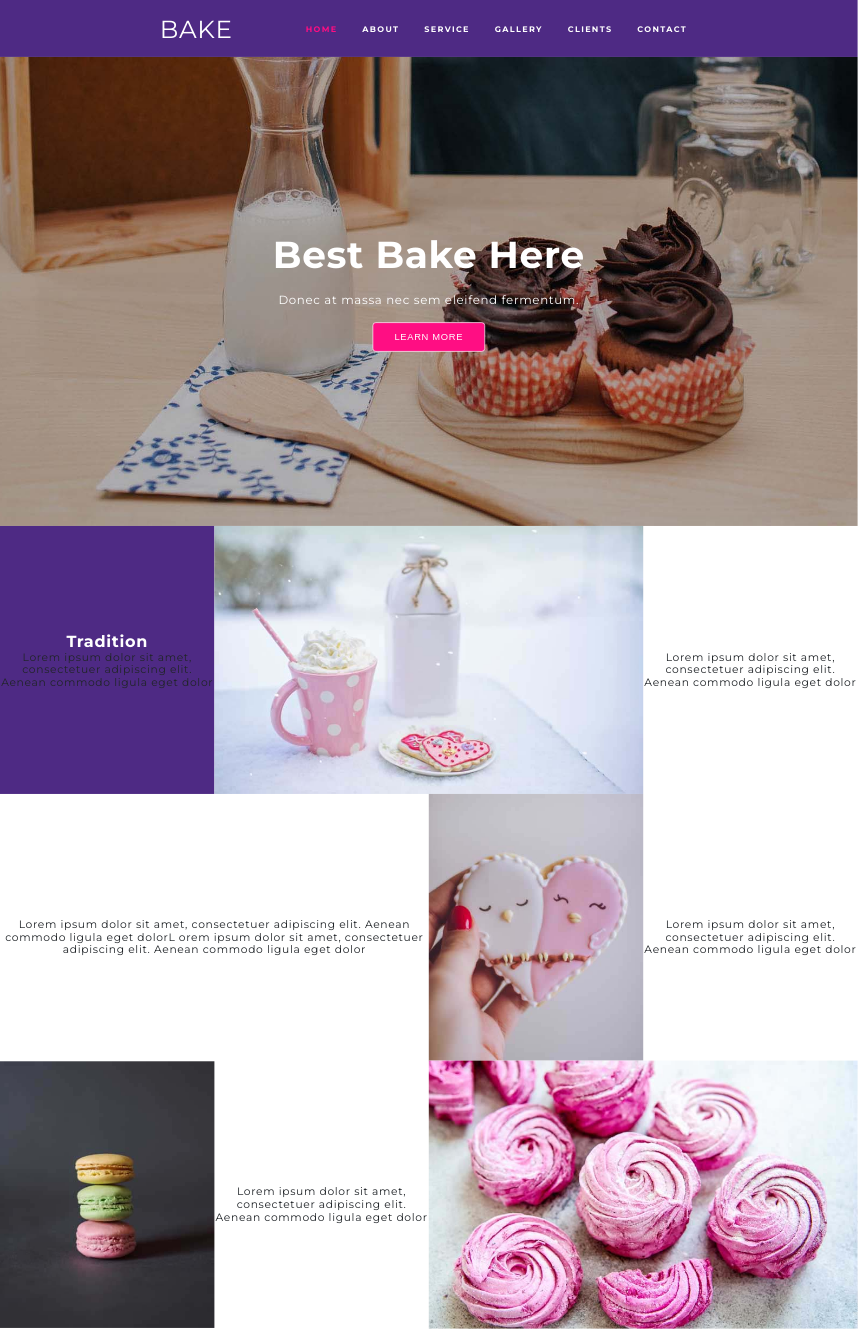
Repository: ducdatit2002/bake-cake
Page: index.html
An editor plug-in stored every save of this project. The page is shown before and after the next save, followed by the edit.
The browser window is 1280 px wide. The pictures show the whole page, at 67% of full size.

Above is the page before, as saved 2023-07-13 12:33:20.

### index.html
<!DOCTYPE html>
<html lang="en">
<head>
    <meta charset="UTF-8">
    <meta name="viewport" content="width=device-width, initial-scale=1.0">
    <title>BAKE</title>
    <!-- FONT ICON -->
    <link rel="stylesheet" href="https://cdnjs.cloudflare.com/ajax/libs/font-awesome/6.4.0/css/all.min.css"
        integrity="sha512-iecdLmaskl7CVkqkXNQ/ZH/XLlvWZOJyj7Yy7tcenmpD1ypASozpmT/E0iPtmFIB46ZmdtAc9eNBvH0H/ZpiBw=="
        crossorigin="anonymous" referrerpolicy="no-referrer" />
    <!-- FONT GOOGLE -->
    <link rel="preconnect" href="https://fonts.googleapis.com">
    <link rel="preconnect" href="https://fonts.gstatic.com" crossorigin>
    <link href="https://fonts.googleapis.com/css2?family=Montserrat:wght@300;400;700&display=swap" rel="stylesheet">
    <!-- MAIN CSS -->
    <link rel="stylesheet" href="./index.css">

</head>
<body>
    <!-- HEADER -->
    <header>
        <div class="header__content">
            <p>BAKE</p>
            <nav>
                <ul>
                    <li class="active"><a href="#">HOME</a></li>
                    <li><a href="#">ABOUT</a></li>
                    <li><a href="#">SERVICE</a></li>
                    <li><a href="#">GALLERY</a></li>
                    <li><a href="#">CLIENTS</a></li>
                    <li><a href="#">CONTACT</a></li>
                </ul>
            </nav>
        </div>
    </header>
    <!-- CAROUSEL -->
    <section class="carousel">
        <div class="carousel__content">
            <h1>Best Bake Here</h1>
            <p>Donec at massa nec sem eleifend fermentum.</p>
            <button>LEARN MORE</button>
        </div>
    </section>
    <!-- INTRO -->
    <section class="intro">
        <div class="intro__item">
            <div>
                <h3>Tradition</h3>
                <p>Lorem ipsum dolor sit amet, consectetuer adipiscing elit. Aenean commodo ligula eget dolor</p>
            </div>
        </div>
        <div class="intro__item intro__ab1">
            <img src="./img/ab1.jpg" alt="intro 1">
        </div>
        <div class="intro__item">
            <div>
                <h3>Creativity</h3>
                <p>Lorem ipsum dolor sit amet, consectetuer adipiscing elit. Aenean commodo ligula eget dolor</p>
            </div>
        </div>
        <div class="intro__item intro__bake">
            <div>
                <h3>What We Bake Best For You</h3>
                <p>Lorem ipsum dolor sit amet, consectetuer adipiscing elit. Aenean commodo ligula eget dolorL orem ipsum dolor sit amet,
                consectetuer adipiscing elit. Aenean commodo ligula eget dolor</p>
            </div>
        </div>
        <div class="intro__item">
            <img src="./img/ab2.jpg" alt="intro 2">
        </div>
        <div class="intro__item">
            <div>
                <h3>Quality</h3>
                <p>Lorem ipsum dolor sit amet, consectetuer adipiscing elit. Aenean commodo ligula eget dolor</p>
            </div>
        </div>
        <div class="intro__item">
            <img src="./img/ab3.jpg" alt="intro 3">
        </div>
        <div class="intro__item">
            <div>
                <h3>Tasty Cakes</h3>
                <p>Lorem ipsum dolor sit amet, consectetuer adipiscing elit. Aenean commodo ligula eget dolor</p>
            </div>
        </div>
        <div class="intro__item intro__ab4">
            <img src="./img/ab4.jpg" alt="intro 4">
        </div>
    </section>
    <!-- NUMBER -->
    <section class="number"></section>
    <!-- SERVICES -->
    <section class="services"></section>
    <!-- GALLERY -->
    <section class="gallery"></section>
    <!-- TEAM MEMBER -->
    <section class="team"></section>
    <!-- FEEDBACK -->
    <section class="feedback"></section>
    <!-- CONTACT -->
    <section class="contact"></section>
    <!-- FOOTER -->
    <footer></footer>
</body>
</html>

### index.css
/* GLOBAL */
*{
    margin: 0;
    padding: 0;
    box-sizing: border-box;
}
html{
    font-size: 16px;
    /* 1 rem = 18px */
    /* Không khai báo thì 1 rem là 16px */

}
body {
    font-family: 'Montserrat', sans-serif;
    color: #212529;
    background-color: #fff;
    letter-spacing: 1px;
}
button {
    background-color: #ff0e83;
    border: 1px solid white;
    color: white;
    padding: 13px 32px;
    font-size: 0.875rem;
    border-radius: 5px;
    cursor: pointer;
    letter-spacing: 1px;
    transition: all 0.5s;
}
button:hover {
    background-color: white;
    color: black;
    border-color: #ff0e83;

}
/* HEADER */
header {
    background-color: #4e2a84;
    padding: 20px 0;
}
.header__content {
    width: 70%;
    margin: 0 auto;
    display: flex;
    justify-content: space-around;
    align-items: center;
}
.header__content ul {
    list-style: none;
}
.header__content ul a {
    text-decoration: none;
    color: white;
    font-weight: 700;
    font-size: 0.75rem;
    letter-spacing: 2px;
    /* transition-property: all;
    transition-duration: 1s;
    transition-delay: 0s;
    transition-timing-function: linear; */
    transition: all 1s;
}
.header__content ul a:hover {
    color: #ff0e83;
}
.header__content ul li {
    display: inline;
    margin: 0 1rem;
}
.header__content p {
    color: white;
    font-size: 2.3rem;
    /* 2.3 rem ~ 37px */
}
.header__content ul .active a {
    color: #ff0e83;
}

/* CAROUSEL */
.carousel{
    background-image: url(./img/b3.jpg);
    height: 700px;
    background-size: cover;
    background-position: center;
    color: white;
    text-align: center;
    display: flex;
    justify-content: center;
    align-items: center;
}
.carousel__content h1 {
    font-size: 3.5rem;
}
.carousel__content p {
    font-size: 1.1rem;
    padding: 23px 0;
}
/* INTRO */
.intro {
    display: grid;
    /* grid-template-columns: 25% 25% 25% 25%; */
    /* grid-template-columns: repeat(4, 25%); */
    /* fr: phân số */
    grid-template-columns: repeat(4,1fr);
}
.intro__ab1 {
    /* số line bắt đầu */
    /* số line kết thúc */
    /* số cột mà item chiếm */
    /* grid-column:2 / 4; */
    grid-column: 2/ span 2;
}
.intro__bake {
    /* grid-column: 1 / 3; */
    grid-column: 1 /span 2;
}
.intro__ab4 {
    grid-column: 3 / span 2;
}
.intro__item img {
    width: 100%;
    display: block;
}
.intro__item {
    display: flex;
    align-items: center;
    text-align: center;
}
.intro__item h3 {
    color: white;
    font-size: 1.5rem;
    font-weight: 700;
    mar
}
.intro .intro__item:first-child {
    background-color: #4e2a84;

}

After the next save:
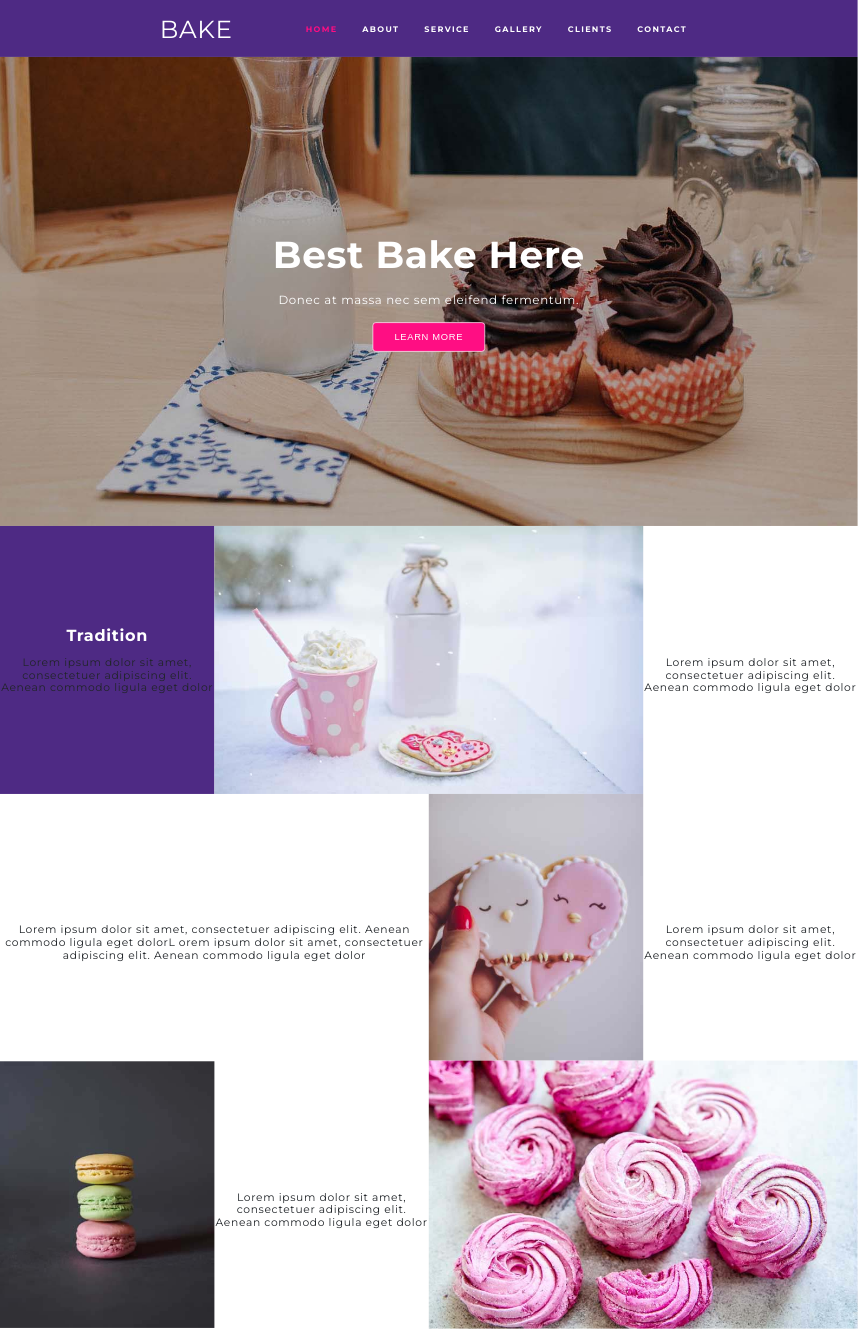
Saved 4 s later.
--- a/index.css
+++ b/index.css
@@ -130,7 +130,7 @@ header {
     color: white;
     font-size: 1.5rem;
     font-weight: 700;
-    mar
+    margin-bottom: 16px;
 }
 .intro .intro__item:first-child {
     background-color: #4e2a84;
